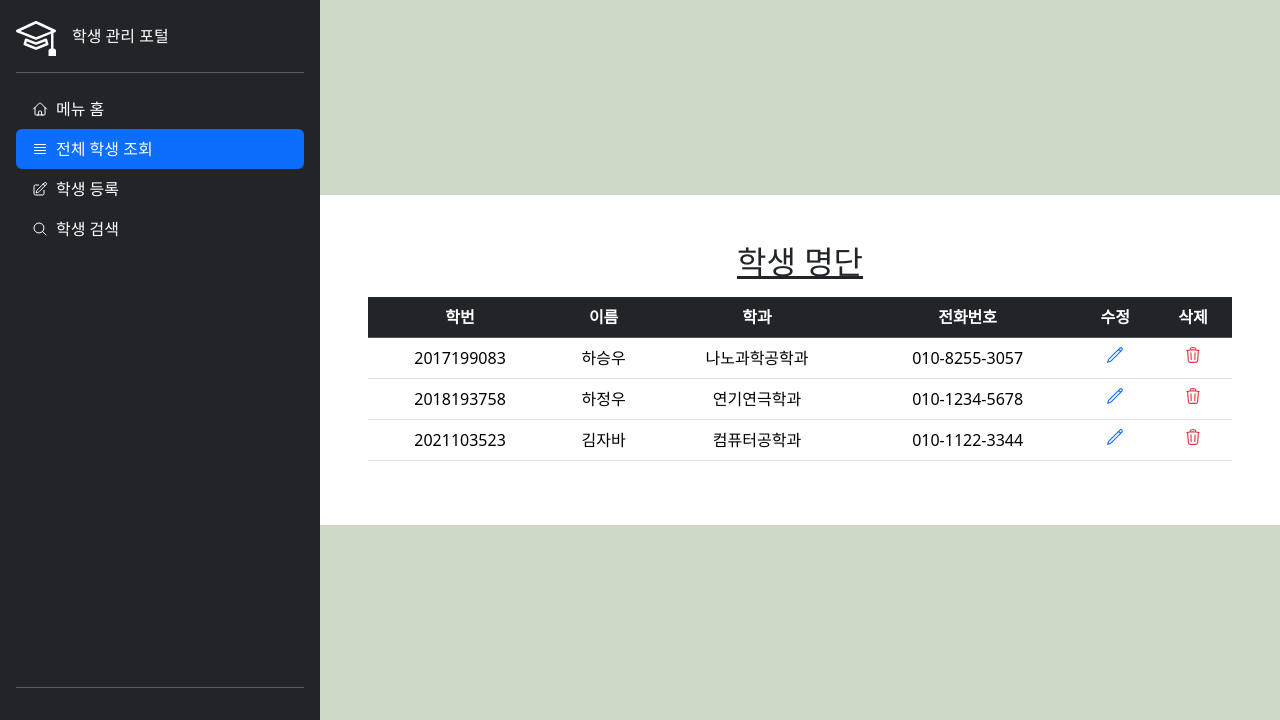
Repository: invisibleufo101/StudentManagementWeb
Page: HSW_Web/src/main/webapp/browse_students.html
The author's editor kept a copy of each file at every save. The page is drawn from the files as they stood at one save, then again after the next save.
The browser window is 1280 px wide. The pictures show the whole page.

Above is the page before, as saved 2024-09-19 13:18:06.

After the next save:
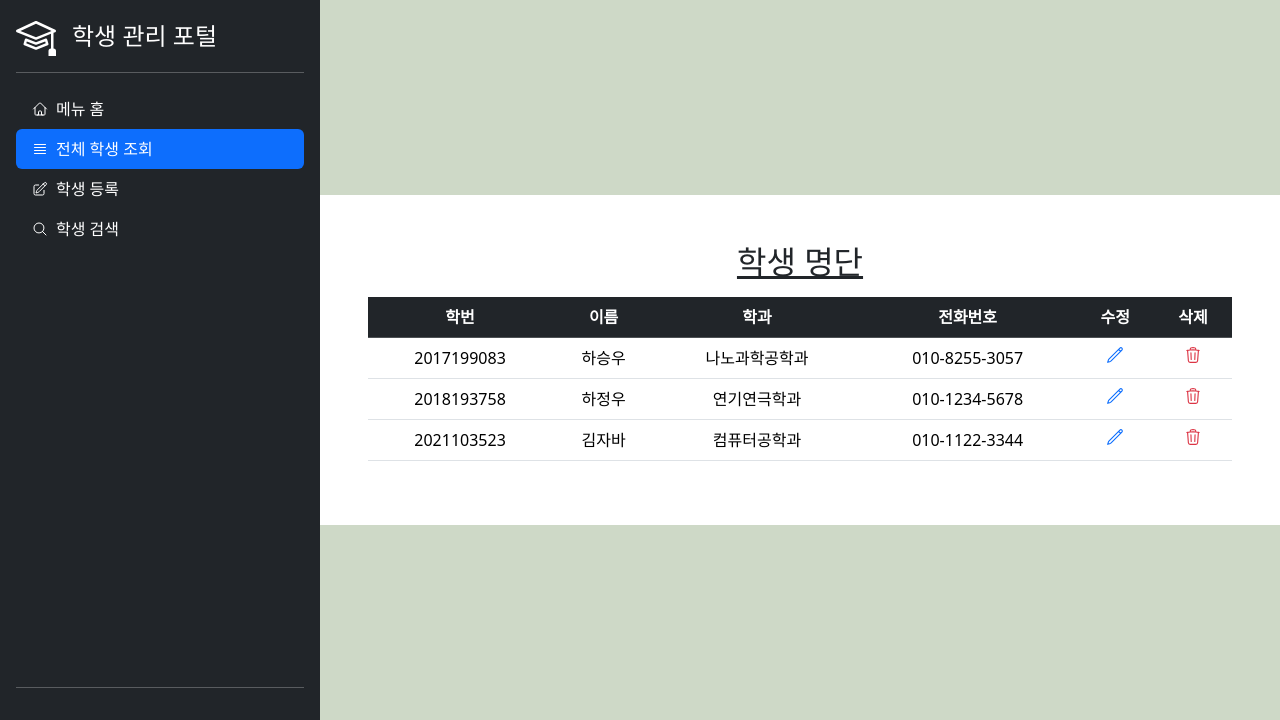
Saved 6 s later.
--- a/HSW_Web/src/main/webapp/browse_students.html
+++ b/HSW_Web/src/main/webapp/browse_students.html
@@ -17,7 +17,7 @@
 				 	<path d='M8.211 2.047a.5.5 0 0 0-.422 0l-7.5 3.5a.5.5 0 0 0 .025.917l7.5 3a.5.5 0 0 0 .372 0L14 7.14V13a1 1 0 0 0-1 1v2h3v-2a1 1 0 0 0-1-1V6.739l.686-.275a.5.5 0 0 0 .025-.917zM8 8.46 1.758 5.965 8 3.052l6.242 2.913z'/>
 				 	<path d='M4.176 9.032a.5.5 0 0 0-.656.327l-.5 1.7a.5.5 0 0 0 .294.605l4.5 1.8a.5.5 0 0 0 .372 0l4.5-1.8a.5.5 0 0 0 .294-.605l-.5-1.7a.5.5 0 0 0-.656-.327L8 10.466zm-.068 1.873.22-.748 3.496 1.311a.5.5 0 0 0 .352 0l3.496-1.311.22.748L8 12.46z'/>
 				</svg>
-				<span class='ms-3' style='font-size: 1rem;'>학생 관리 포털</span>
+				<span class='ms-3' style='font-size: 1.5rem;'>학생 관리 포털</span>
 			</a>
 			<hr/>
 			<ul class='nav nav-pills flex-column mb-auto'>
